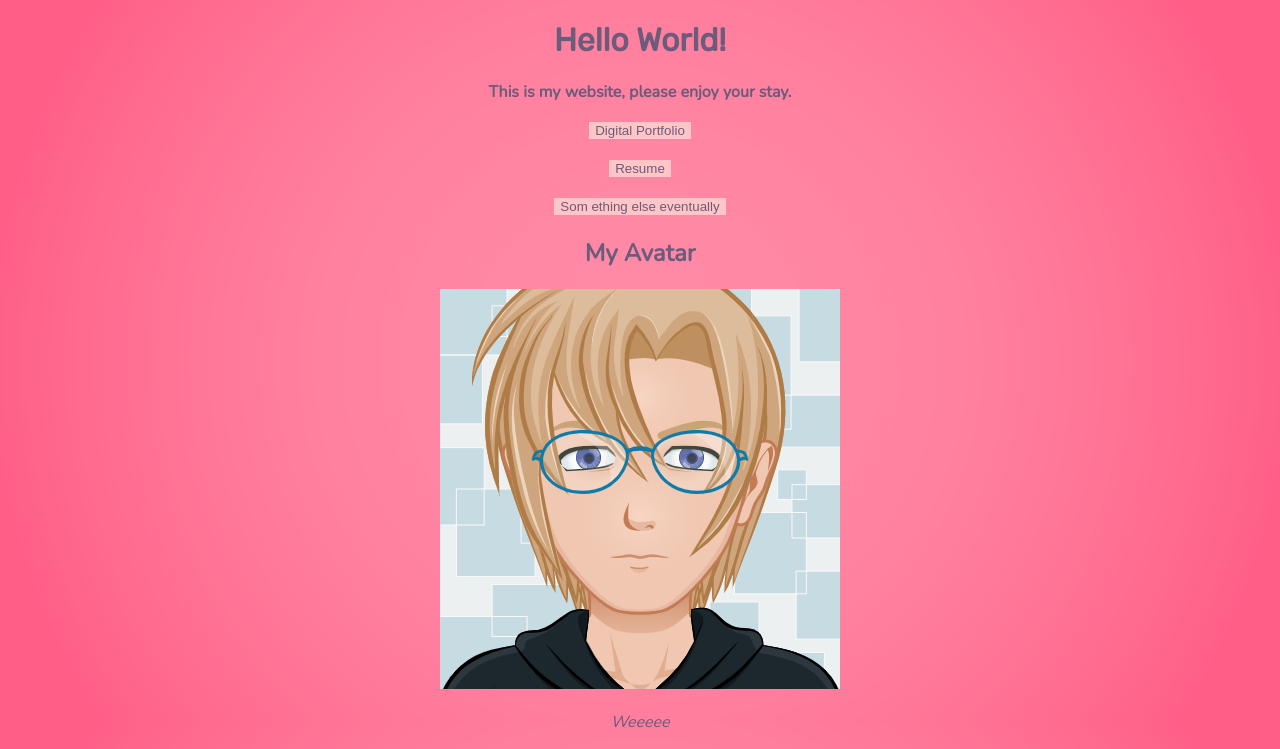
Repository: Ivyeomnky/Ivyeomnky.github.io
Page: index.html
The author's editor kept a record of every edit. The page is drawn from the files as they stood at one moment, then again after the next edit.
The browser window is 1280 px wide. The pictures show the whole page.
Backgrounds fixed to the window are drawn as part of the page.

Above is the page before.

After the next edit:
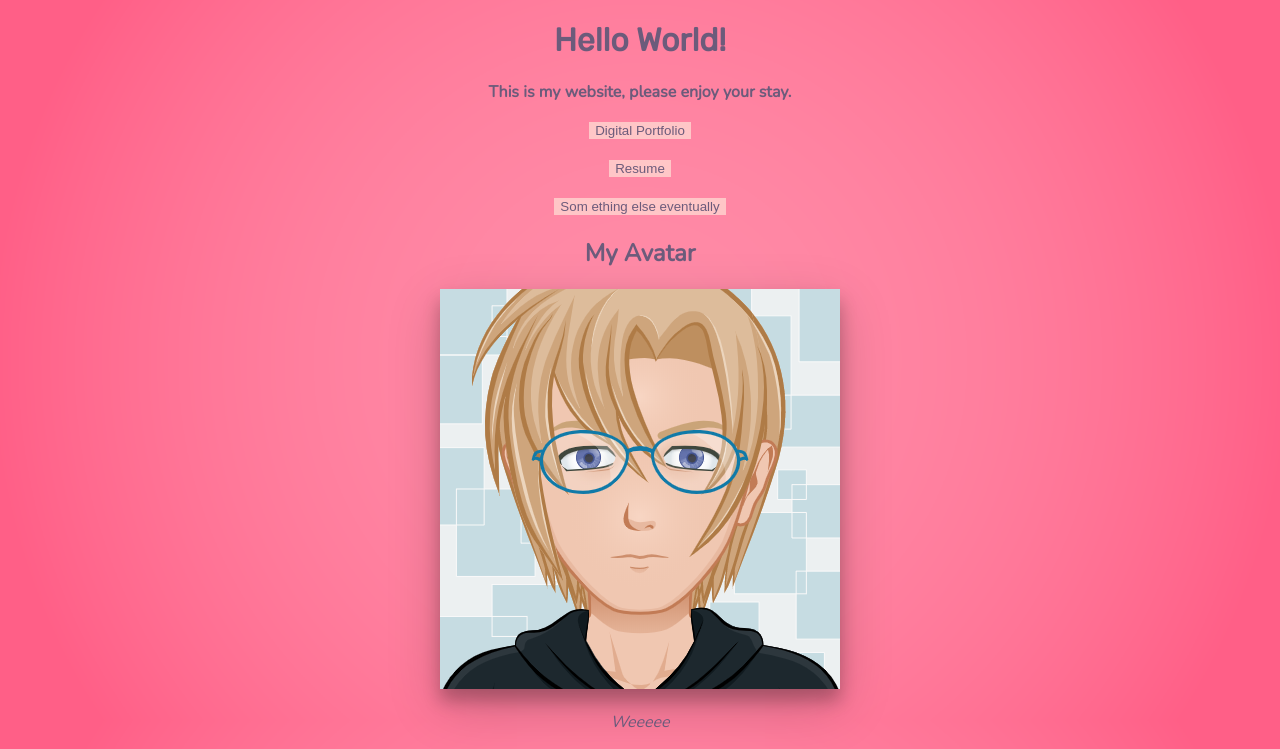
The edit:
--- a/css.css
+++ b/css.css
@@ -19,8 +19,5 @@
   box-shadow:0 12px 16px 0 rgba(0,0,0,0.24), 0 17px 50px 0 rgba(0,0,0,0.19);
 }
 img{
-      background-color: #ffc6c7;
-    border: None;
-    color: #6c5b7b;
-    opacity:100;
+    box-shadow:0 12px 16px 0 rgba(0,0,0,0.24), 0 17px 50px 0 rgba(0,0,0,0.19);
 }
